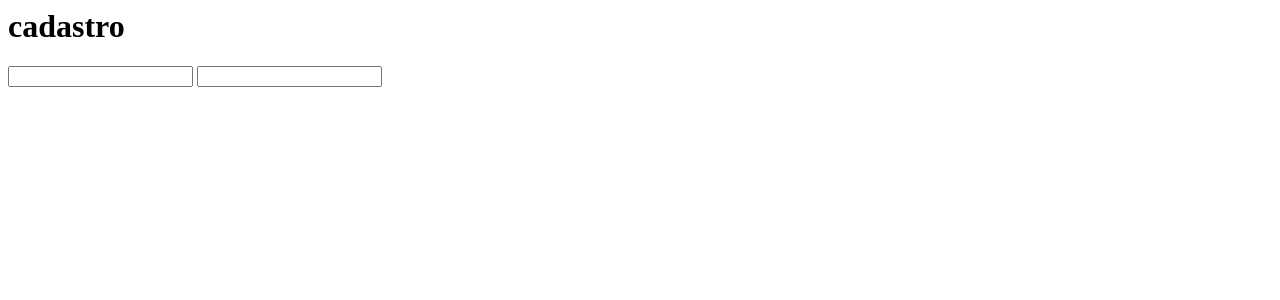
Repository: Danieloliver11/S.O.S-HUMANIDADE-BACK-END
Page: ACSocioambiental/eventoapp/src/main/resources/templates/index.html
The author's editor kept a copy of each file at every save. The page is drawn from the files as they stood at one save, then again after the next save.
The browser window is 1280 px wide. The pictures show the whole page.

Above is the page before, as saved 2021-04-01 21:33:51.

After the next save:
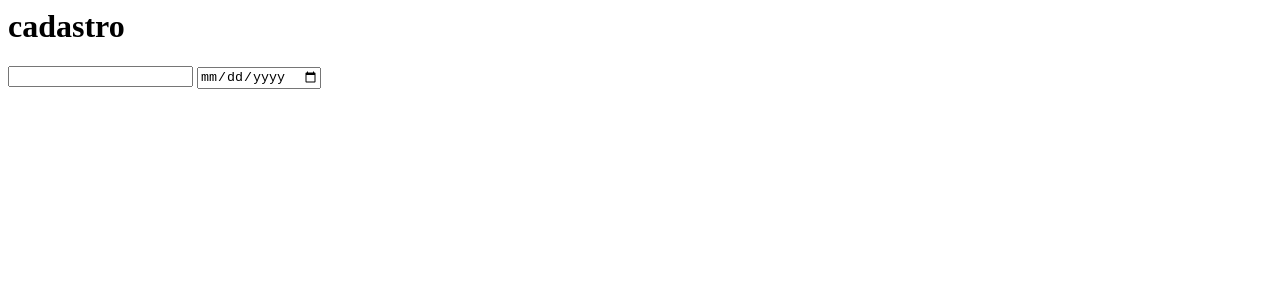
Saved 19 s later.
--- a/ACSocioambiental/eventoapp/src/main/resources/templates/index.html
+++ b/ACSocioambiental/eventoapp/src/main/resources/templates/index.html
@@ -4,7 +4,7 @@
 <h1>cadastro</h1>
 <form method="post">
 <input type ="text" value=""name="nome">
-<input type ="deta">
+<input type ="date">
 
 </body>
 
